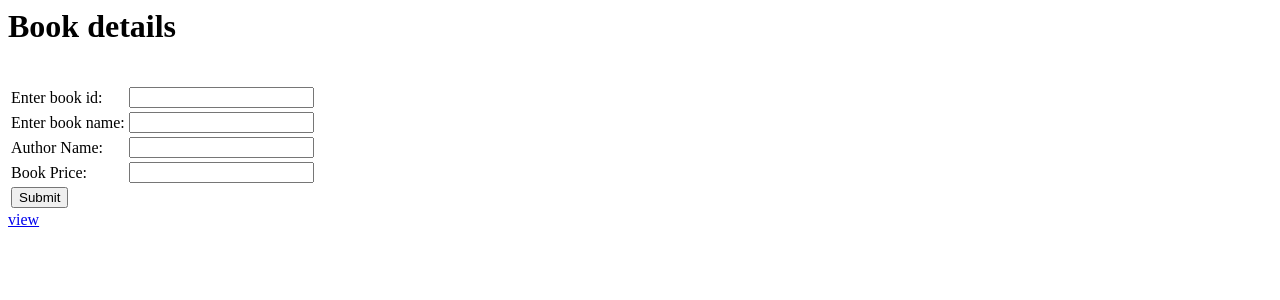
Repository: mukeshkn99/springboot
Page: http://localhost/14-SpringMvc-crud/views/regsuccess.jsp
These files come from the project's save history. The page is drawn as it stood at one moment and after the next save; the edit follows.
The browser window is 1280 px wide. The pictures show the whole page.
The page is served by Tomcat 9. Other server files are loaded and not shown.

Above is the page before, as saved 2022-06-19 16:32:28.

### 14-SpringMvc-crud/src/main/webapp/views/regsuccess.jsp
<Html>
<head>
<title>welcome</title>
</head>
<body>
<h1>Book details</h1>
<form action="addbook" method="post" modelAttribute="b">
<p>${success}</p>
<br/>
<table>

<tr>
 <td>Enter book id:</td>
 <td><input type="text" name="bookid"></td>
 </tr>

 <tr>
 <td>Enter book name:</td>
 <td><input type="text" name="bookname"></td>
 </tr>

 <tr>
 <td>Author Name:</td>
 <td><input type="text" name="authorname"></td>
 </tr>

 <tr>
 <td>Book Price:</td>
 <td><input type="text" name="price"></td>
 </tr>
 <tr>
 <td>
 <input type="submit" name="register"></td>
 </tr>
 </table>
 <a href="viewbook">view</a>
 </form>
 </body>
 </html>

After the next save:
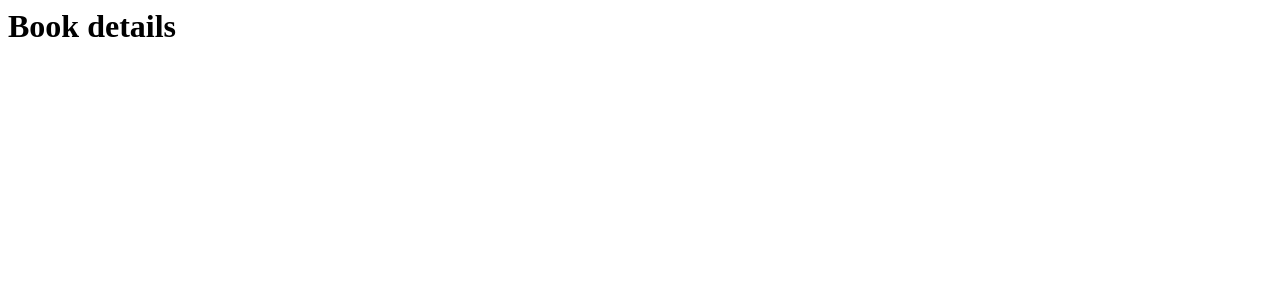
Saved 84 s later.
--- a/14-SpringMvc-crud/src/main/webapp/views/regsuccess.jsp
+++ b/14-SpringMvc-crud/src/main/webapp/views/regsuccess.jsp
@@ -7,33 +7,6 @@
 <form action="addbook" method="post" modelAttribute="b">
 <p>${success}</p>
 <br/>
-<table>
 
-<tr>
- <td>Enter book id:</td>
- <td><input type="text" name="bookid"></td>
- </tr>
-
- <tr>
- <td>Enter book name:</td>
- <td><input type="text" name="bookname"></td>
- </tr>
-
- <tr>
- <td>Author Name:</td>
- <td><input type="text" name="authorname"></td>
- </tr>
-
- <tr>
- <td>Book Price:</td>
- <td><input type="text" name="price"></td>
- </tr>
- <tr>
- <td>
- <input type="submit" name="register"></td>
- </tr>
- </table>
- <a href="viewbook">view</a>
- </form>
  </body>
  </html>
